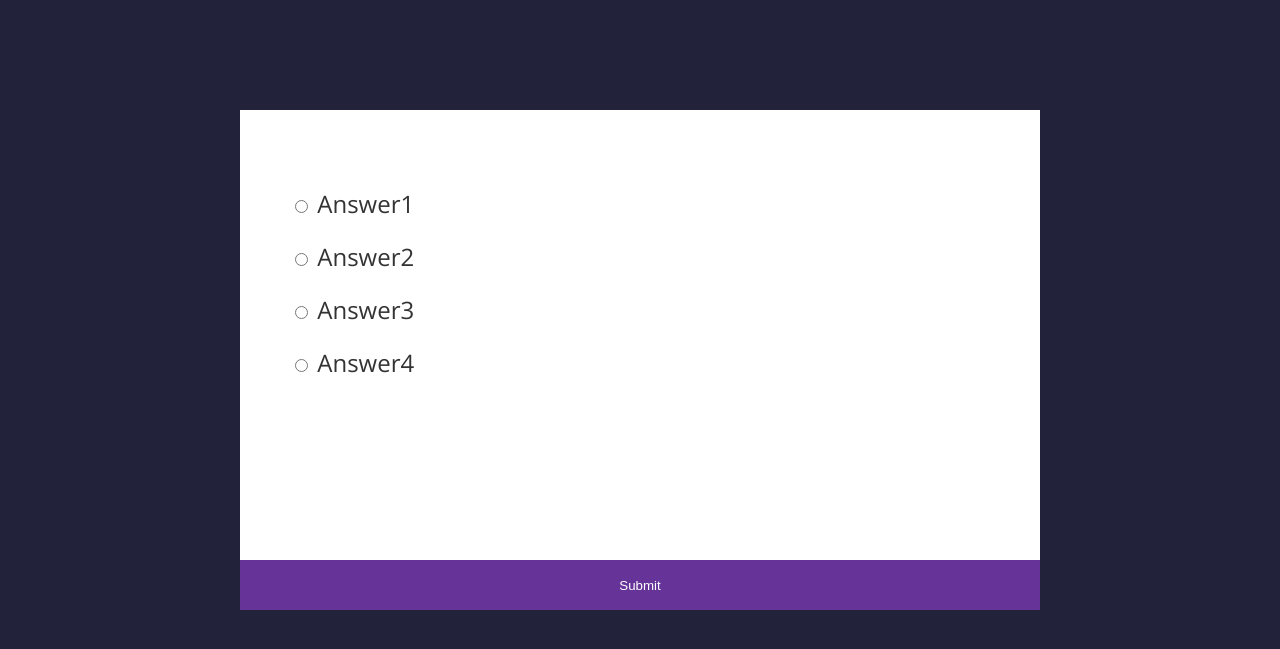
Repository: Wanglongzhi2001/Learn-javascript
Page: quiz/quiz.html
These files come from the project's save history. The page is drawn as it stood at one moment and after the next save; the edit follows.
The browser window is 1280 px wide. The pictures show the whole page.

Above is the page before, as saved 2023-02-02 19:57:11.

After the next save:
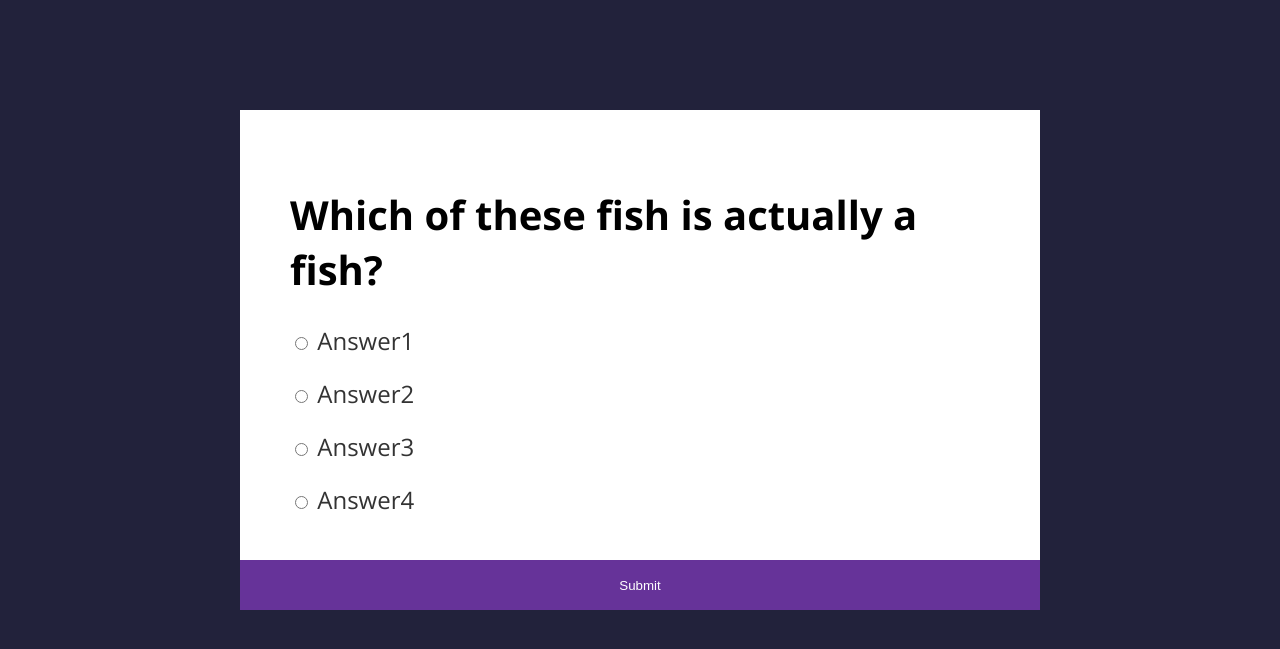
Saved 24 s later.
--- a/quiz/quiz.js
+++ b/quiz/quiz.js
@@ -37,3 +37,15 @@ const question = document.querySelector(".question")
 const answersContainer = document.querySelector(".answers")
 const submit = document.querySelector(".submit")
 const play = document.querySelector(".play")
+
+let qIndex = 0;
+let correctCount = 0;
+let wrongCount = 0;
+let total = 0;
+let selectedAnswer;
+
+const showQuestion = (qNumber) =>{
+    question.textContent = data[qNumber].question
+}
+
+showQuestion(qIndex)
